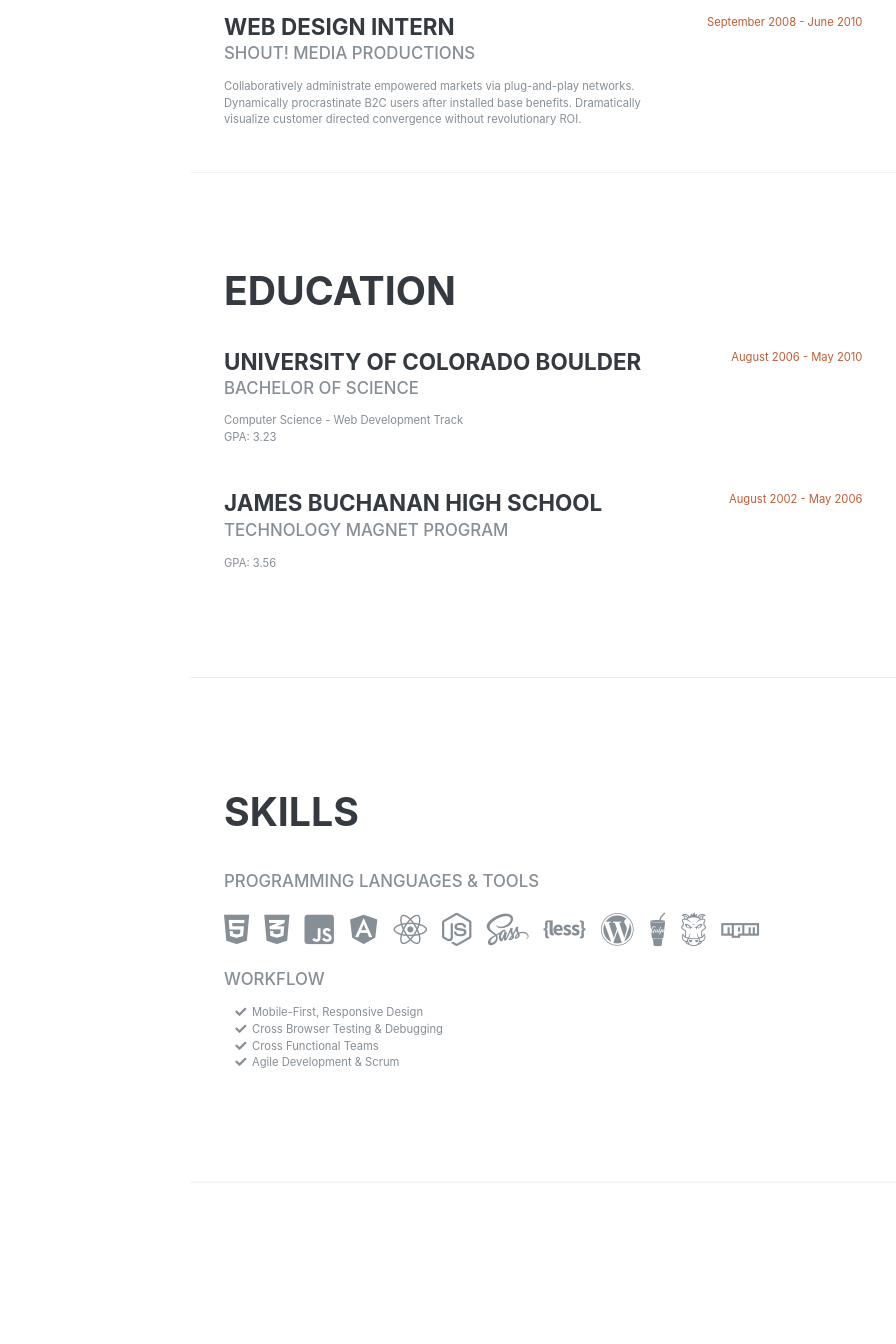
Repository: kcfurtado/kcfurtado.github.io
Page: index.html
An editor plug-in stored every save of this project. The page is shown before and after the next save, followed by the edit.
The browser window is 1280 px wide. The pictures show the part of the page from y = 1616 to 3536 px (the page is 4026 px tall), at 70% of full size.
Some web fonts or font styles are not loaded; a fallback is used.

Above is the page before, as saved 2020-04-04 00:46:02.

After the next save:
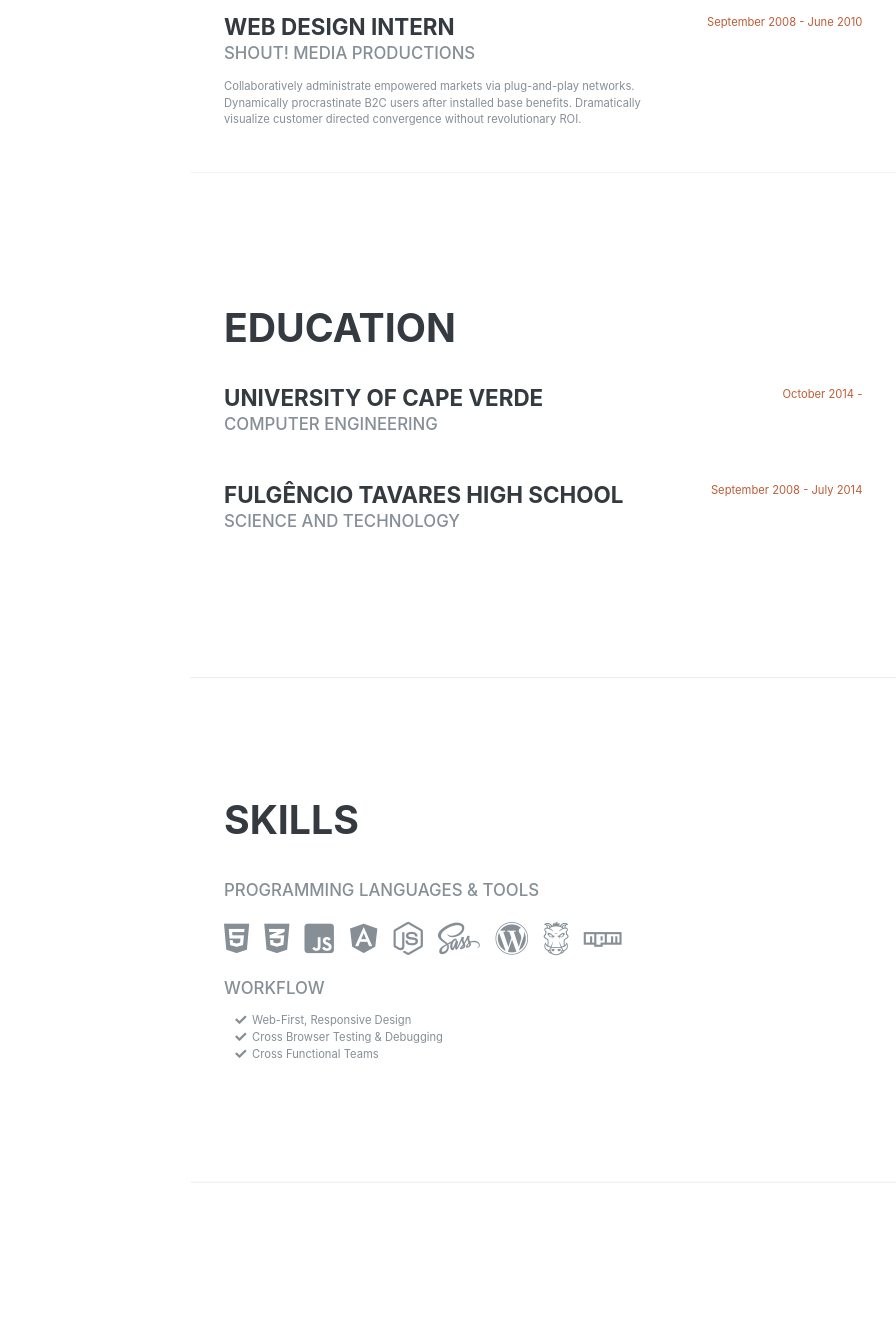
Saved 8 h 27 min later.
--- a/index.html
+++ b/index.html
@@ -149,24 +149,24 @@
 
         <div class="resume-item d-flex flex-column flex-md-row justify-content-between mb-5">
           <div class="resume-content">
-            <h3 class="mb-0">University of Colorado Boulder</h3>
-            <div class="subheading mb-3">Bachelor of Science</div>
-            <div>Computer Science - Web Development Track</div>
-            <p>GPA: 3.23</p>
-          </div>
-          <div class="resume-date text-md-right">
-            <span class="text-primary">August 2006 - May 2010</span>
+            <h3 class="mb-0">University of Cape Verde</h3>
+            <div class="subheading mb-3">Computer Engineering</div>
+            <div></div>
+            <p></p>
+          </div>
+          <div class="resume-date text-md-right">
+            <span class="text-primary">October 2014 - </span>
           </div>
         </div>
 
         <div class="resume-item d-flex flex-column flex-md-row justify-content-between">
           <div class="resume-content">
-            <h3 class="mb-0">James Buchanan High School</h3>
-            <div class="subheading mb-3">Technology Magnet Program</div>
-            <p>GPA: 3.56</p>
-          </div>
-          <div class="resume-date text-md-right">
-            <span class="text-primary">August 2002 - May 2006</span>
+            <h3 class="mb-0">Fulgêncio Tavares High School</h3>
+            <div class="subheading mb-3">Science and Technology</div>
+            <p></p>
+          </div>
+          <div class="resume-date text-md-right">
+            <span class="text-primary">September 2008 - July 2014</span>
           </div>
         </div>
 
@@ -193,24 +193,26 @@
           <li class="list-inline-item">
             <i class="fab fa-angular"></i>
           </li>
-          <li class="list-inline-item">
+          <!--<li class="list-inline-item">
             <i class="fab fa-react"></i>
           </li>
+          -->
           <li class="list-inline-item">
             <i class="fab fa-node-js"></i>
           </li>
           <li class="list-inline-item">
             <i class="fab fa-sass"></i>
           </li>
-          <li class="list-inline-item">
+          <!-- <li class="list-inline-item">
             <i class="fab fa-less"></i>
           </li>
+          -->
           <li class="list-inline-item">
             <i class="fab fa-wordpress"></i>
           </li>
-          <li class="list-inline-item">
+          <!--<li class="list-inline-item">
             <i class="fab fa-gulp"></i>
-          </li>
+          </li>-->
           <li class="list-inline-item">
             <i class="fab fa-grunt"></i>
           </li>
@@ -223,16 +225,16 @@
         <ul class="fa-ul mb-0">
           <li>
             <i class="fa-li fa fa-check"></i>
-            Mobile-First, Responsive Design</li>
+            Web-First, Responsive Design</li>
           <li>
             <i class="fa-li fa fa-check"></i>
             Cross Browser Testing &amp; Debugging</li>
           <li>
             <i class="fa-li fa fa-check"></i>
             Cross Functional Teams</li>
-          <li>
+          <!--<li>
             <i class="fa-li fa fa-check"></i>
-            Agile Development &amp; Scrum</li>
+            Agile Development &amp; Scrum</li>-->
         </ul>
       </div>
     </section>
